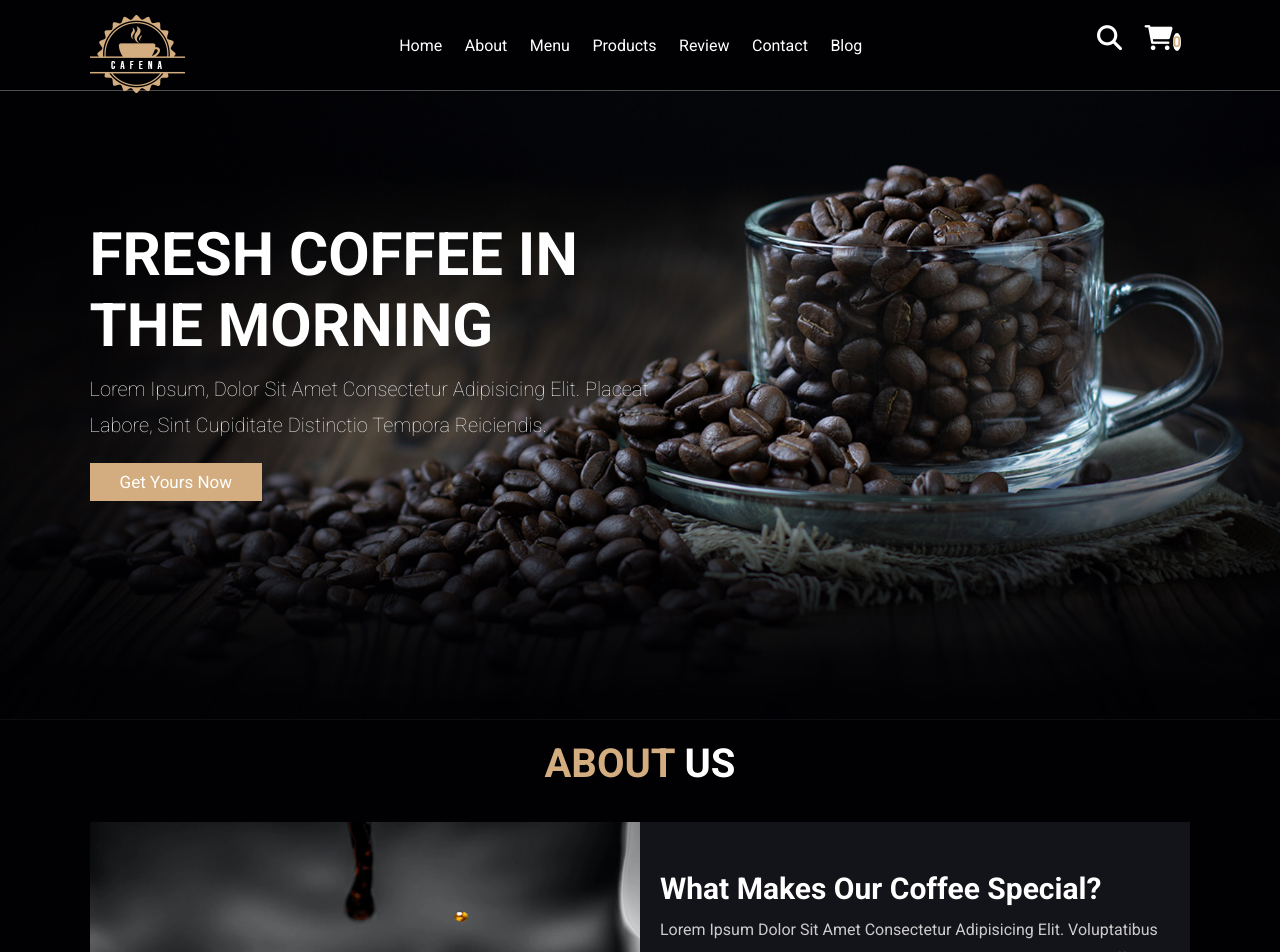
Repository: phamtrunghptn-dev/coffee-shop
Page: index.html
The author's editor kept a copy of each file at every save. The page is drawn from the files as they stood at one save, then again after the next save.
The browser window is 1280 px wide. The pictures show the part of the page from y = 0 to 952 px (the page is 4708 px tall).
A picture or video elsewhere on the page could not be fetched, so the positions and the page height are approximate. Some web libraries are served in a nearby version.

Above is the page before, as saved 2022-06-29 15:55:08.

After the next save:
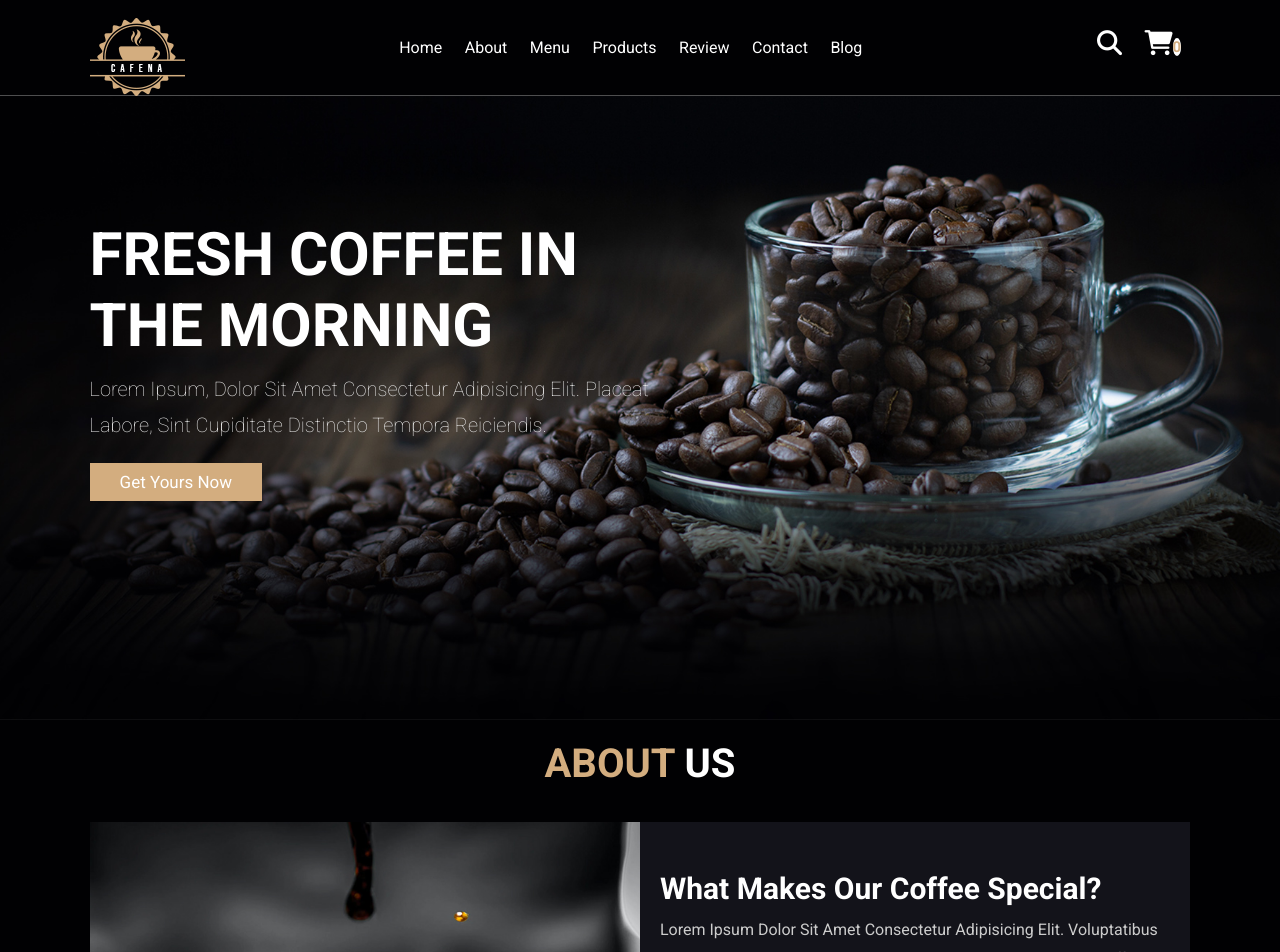
Saved 5 s later.
--- a/css/style.css
+++ b/css/style.css
@@ -112,7 +112,7 @@ section{
 }
 
 .header .icons #cart-btn{
-    margin-top: 1rem;
+    margin-top: 1.5rem;
     width: 46px;
     height: 50px;
 }
